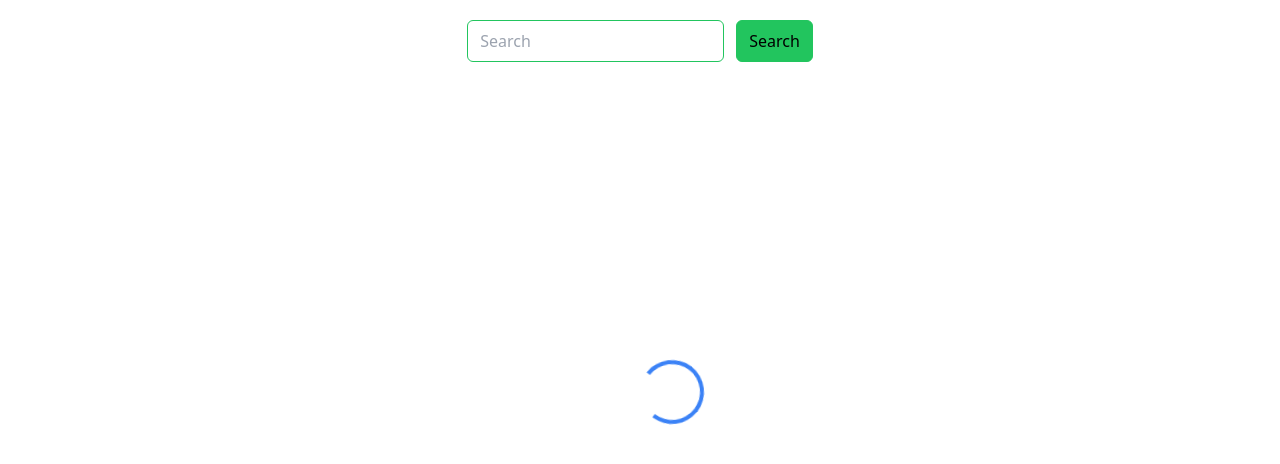
Repository: kimhieu153255/Image-search-app
Page: /
An editor plug-in stored every save of this project. The page is shown before and after the next save, followed by the edit.
The browser window is 1280 px wide. The pictures show the whole page.
The project was rebuilt for these pictures with package versions that can differ from the ones it lists, and the page was loaded fresh each time. Also part of the build but not shown: vite.config.js, src/Components/Button/Loadmore.jsx, src/Components/Card/Card.jsx.

Above is the page before, as saved 2023-10-26 20:22:58.

After the next save:
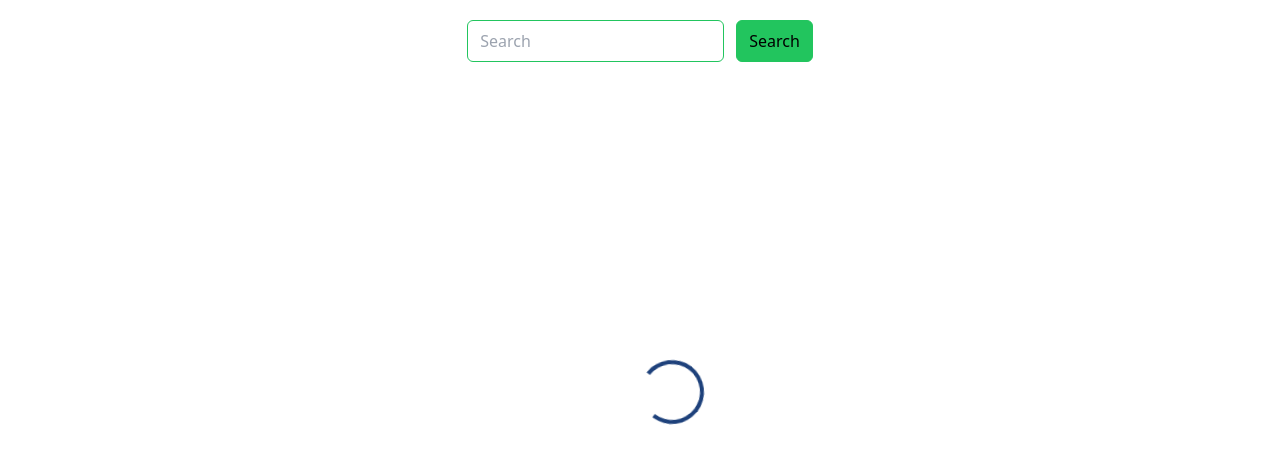
Saved 4 s later.
--- a/src/App.jsx
+++ b/src/App.jsx
@@ -13,7 +13,7 @@ function App() {
         <Loadmore></Loadmore>
       </div>
       {isLoading && (
-        <div className="inset-0 fixed  brightness-">
+        <div className="inset-0 fixed  brightness-50">
           <div className="inline-block h-16 w-16 animate-spin rounded-full border-4 border-solid border-r-transparent align-[-0.125em] text-secondary motion-reduce:animate-[spin_1.5s_linear_infinite] border-blue-500 absolute top-1/2 left-1/2">
             <span className="!absolute !-m-px !h-px !w-px !overflow-hidden !whitespace-nowrap !border-0 !p-0 ![clip:rect(0,0,0,0)]"></span>
           </div>
